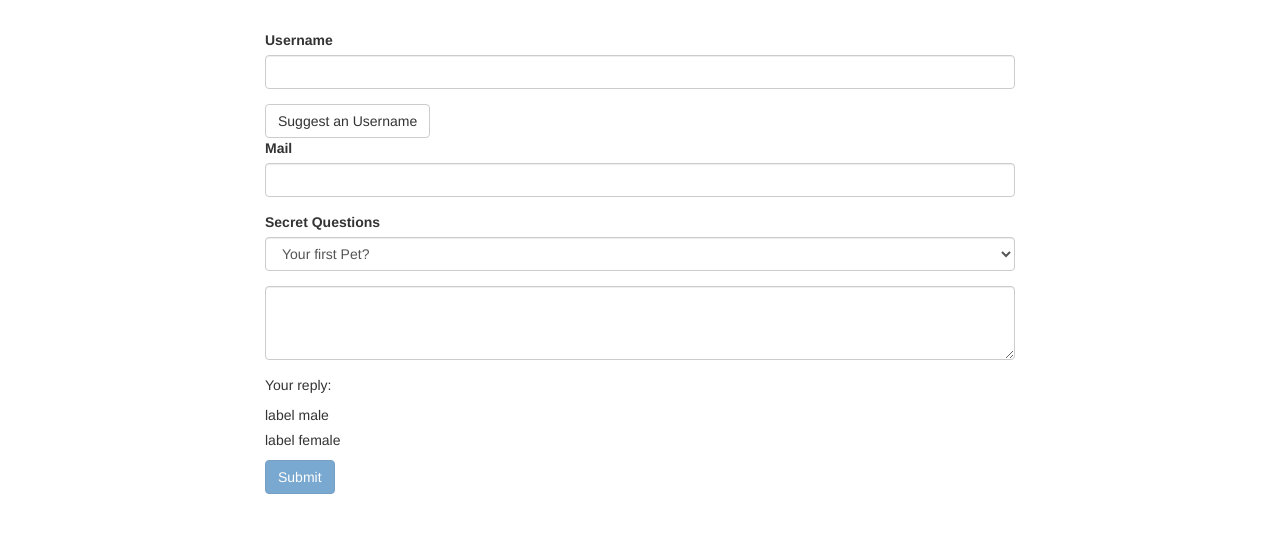
Repository: NikitasX/AngularCourse
Page: / (app in forms-start/)
These files come from the project's save history. The page is drawn as it stood at one moment and after the next save; the edit follows.
The browser window is 1280 px wide. The pictures show the whole page.
The project was rebuilt for these pictures with package versions that can differ from the ones it lists, and the page was loaded fresh each time. Also part of the build but not shown: forms-start/angular.json.

Above is the page before, as saved 2020-09-25 15:58:12.

### forms-start/src/app/app.component.ts
import { Component, ViewChild } from '@angular/core';
import { NgForm } from '@angular/forms';

@Component({
  selector: 'app-root',
  templateUrl: './app.component.html',
  styleUrls: ['./app.component.css']
})
export class AppComponent {
@ViewChild('f') signupForm:NgForm;
defaultQuestion = 'pet';
answer = '';
genders = ['male', 'female'];

  suggestUserName() {
    const suggestedName = 'Superuser';
  }

  // onSubmit(form: NgForm) {
  //   console.log(form);
  // }

  onSubmit() {
    console.log(this.signupForm);
  }
}

### forms-start/src/app/app.component.html
<div class="container">
  <div class="row">
    <div class="col-xs-12 col-sm-10 col-md-8 col-sm-offset-1 col-md-offset-2">
      <form (ngSubmit)="onSubmit()" #f="ngForm">
        <div
          id="user-data"
          ngModelGroup="userData"
          #userData="ngModelGroup">
          <div class="form-group">
            <label for="username">Username</label>
            <input
              type="text"
              id="username"
              class="form-control"
              ngModel
              name="username"
              required>
          </div>
          <button class="btn btn-default" type="button">Suggest an Username</button>
          <div class="form-group">
            <label for="email">Mail</label>
            <input
              type="email"
              id="email"
              class="form-control"
              ngModel
              name="email"
              required
              email
              #email="ngModel">
             <span
              class="help-block"
              *ngIf="!email.valid && email.touched">
                Please enter a valid email!
              </span>
          </div>
        </div>
        <p *ngIf="!userData.valid && userData.touched">User data is invalid</p>
        <div class="form-group">
          <label for="secret">Secret Questions</label>
          <select
            id="secret"
            class="form-control"
            [ngModel]="defaultQuestion"
            name="secret">
            <option value="pet">Your first Pet?</option>
            <option value="teacher">Your first teacher?</option>
          </select>
        </div>
        <div class="form-group">
          <textarea
          class="form-control"
          name="questionAnswer"
          rows="3"
          [(ngModel)]="answer"></textarea>
        </div>
        <p>Your reply: {{ answer }}</p>

        <div class="radio" *ngFor="let gender of genders">
          label
          {{ gender }}
        </div>
        <button
          class="btn btn-primary"
          type="submit"
          [disabled]="!f.valid">Submit</button>
      </form>
    </div>
  </div>
</div>

Loaded but not shown: forms-start/src/index.html (common file); forms-start/src/styles.css (common file); forms-start/src/main.ts (common file); forms-start/src/app/app.module.ts (common file); forms-start/src/environments/environment.ts (common file); forms-start/src/app/app.component.css (common file)

After the next save:
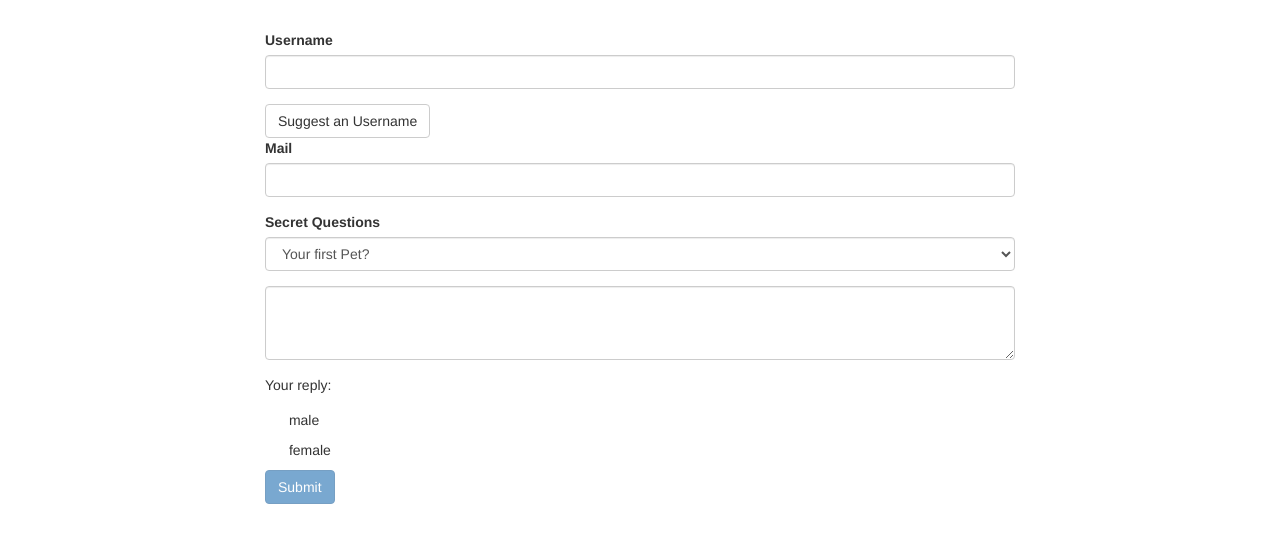
Saved 4 s later.
--- a/forms-start/src/app/app.component.html
+++ b/forms-start/src/app/app.component.html
@@ -57,7 +57,8 @@
         <p>Your reply: {{ answer }}</p>
 
         <div class="radio" *ngFor="let gender of genders">
-          label
+          <label for="
+          "></label>
           {{ gender }}
         </div>
         <button
